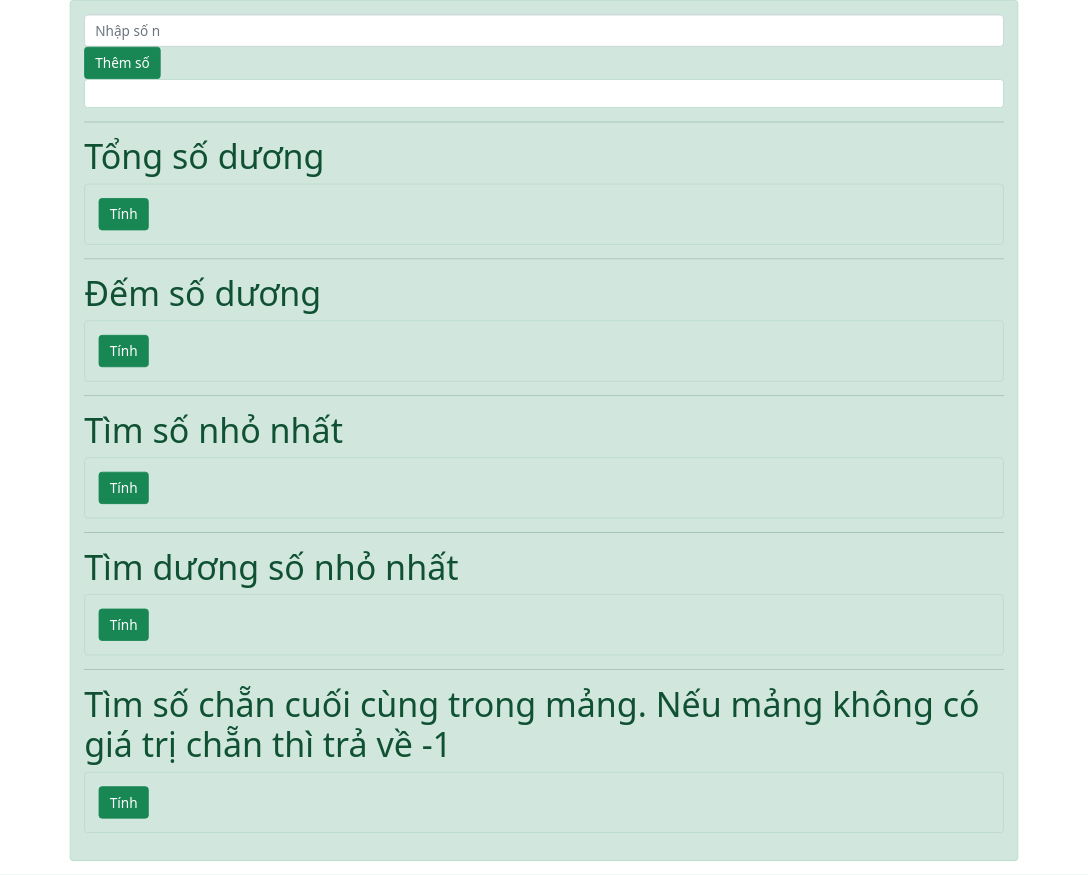
Repository: qkhanh1104k/Js-buoi7-8
Page: index.html
These files come from the project's save history. The page is drawn as it stood at one moment and after the next save; the edit follows.
The browser window is 1280 px wide. The pictures show the whole page, at 85% of full size.

Above is the page before, as saved 2022-07-26 21:37:40.

### index.html
<!DOCTYPE html>
<html lang="en">
  <head>
    <meta charset="UTF-8" />
    <meta http-equiv="X-UA-Compatible" content="IE=edge" />
    <meta name="viewport" content="width=device-width, initial-scale=1.0" />
    <title>Document</title>
    <link
      href="https://cdn.jsdelivr.net/npm/bootstrap@5.1.3/dist/css/bootstrap.min.css"
      rel="stylesheet"
      integrity="sha384-1BmE4kWBq78iYhFldvKuhfTAU6auU8tT94WrHftjDbrCEXSU1oBoqyl2QvZ6jIW3"
      crossorigin="anonymous"
    />
  </head>
  <body>
    <div class="container">
      <div>
        <div class="alert alert-success">
          <input
            type="text"
            placeholder="Nhập số n"
            id="txtNum"
            class="form-control"
          />
          <button class="btn btn-success" onclick="addNum()">Thêm số</button>
          <div class="alert alert-success" id="resultBt1" style="background-color:#fff ;"></div>
          <hr>
          <h1>Tổng số dương</h1>
          <div>
            <div class="alert alert-success" id="resBt2">
              <button class="btn btn-success" onclick="calcSumNegative()">Tính</button>
            </div>
          </div>
          <hr>
          <h1>Đếm số dương</h1>
          <div>
            <div class="alert alert-success" id="resBt3">
              <button class="btn btn-success" onclick="calcCountNegative()">Tính</button>
            </div>
          </div>
          <hr>
          <h1>Tìm số nhỏ nhất</h1>
          <div>
            <div class="alert alert-success" id="resBt4">
              <button class="btn btn-success" onclick="calcTheSmallest()">Tính</button>
            </div>
          </div>
          <hr>
          <h1>Tìm dương số nhỏ nhất</h1>
          <div>
            <div class="alert alert-success" id="resBt5">
              <button class="btn btn-success" onclick="calcTheSmallestNev()">Tính</button>
            </div>
          </div>
          <hr>
          <h1>Tìm số chẵn cuối cùng trong mảng. Nếu mảng không có giá trị chẵn thì trả về -1</h1>
          <div>
            <div class="alert alert-success" id="resBt6">
              <button class="btn btn-success" onclick="findLastEven()">Tính</button>
            </div>
          </div>
        </div>
      </div>
    </div>
    <script src="./index.js"></script>
  </body>
</html>

### index.js
var txtNum = [];
function addNum() {
  var inputNum = document.getElementById("txtNum").value * 1;
  txtNum.push(inputNum);
  document.getElementById("resultBt1").innerHTML = txtNum;
}
// ex1:tính tổng số dương
function calcSumNegative() {
  var sum = 0;
  for (var i = 0; i < txtNum.length; i++) {
    if (txtNum[i] > 0) {
      sum += txtNum[i];
    }
  }
  document.getElementById("resBt2").innerHTML = sum;
}
// ex2:đếm só dương
function calcCountNegative() {
  var sum = 0;
  for (var i = 0; i < txtNum.length; i++) {
    if (txtNum[i] > 0) {
      sum++;
    }
  }
  document.getElementById("resBt3").innerHTML = sum;
}
// ex3:tìm số nhỏ nhất
function calcTheSmallest(){
    var min = txtNum[0];
    for (var i = 1; i < txtNum.length; i++) {
        if (min > txtNum[i]) {
          min = txtNum[i];
        }
      }
      document.getElementById("resBt4").innerHTML = min;
}
// ex 4:tìm số dương nhỏ nhất
function calcTheSmallestNev(){
    var min = txtNum[0];
    for (var i = 1; i < txtNum.length; i++) {
        if (min > txtNum[i] && txtNum[i] >0) {
          min = txtNum[i];
        }
      }
      document.getElementById("resBt5").innerHTML = min;
}

// ex5:Tìm số chẵn cuối cùng trong mảng. Nếu mảng không có giá trị chẵn thì trả về -1.
function checkEven(n){
    var flag= 1;
    if(n%2==0){
        flag = 0;
    }
    return flag;
}
function findLastEven(){
    var num1;
    for ( var i = txtNum.length-1; i >= 0; i--){ //i= 5
       if(checkEven(txtNum[i])==1){
        num1 = txtNum[i]
        return num1;
       }else{
        return -1;
       }
    }
    document.getElementById("resBt6").innerHTML = num1;
}

// ex6:Đổi chỗ 2 giá trị trong mảng theo vị trí (Cho nhập vào 2 vị trí muốn đổi chỗ giá trị).
function swappedNum(){
    var k = +document.getElementById("txtNumBt6").value
    var g = +document.getElementById("txtNumBt62").value

}

After the next save:
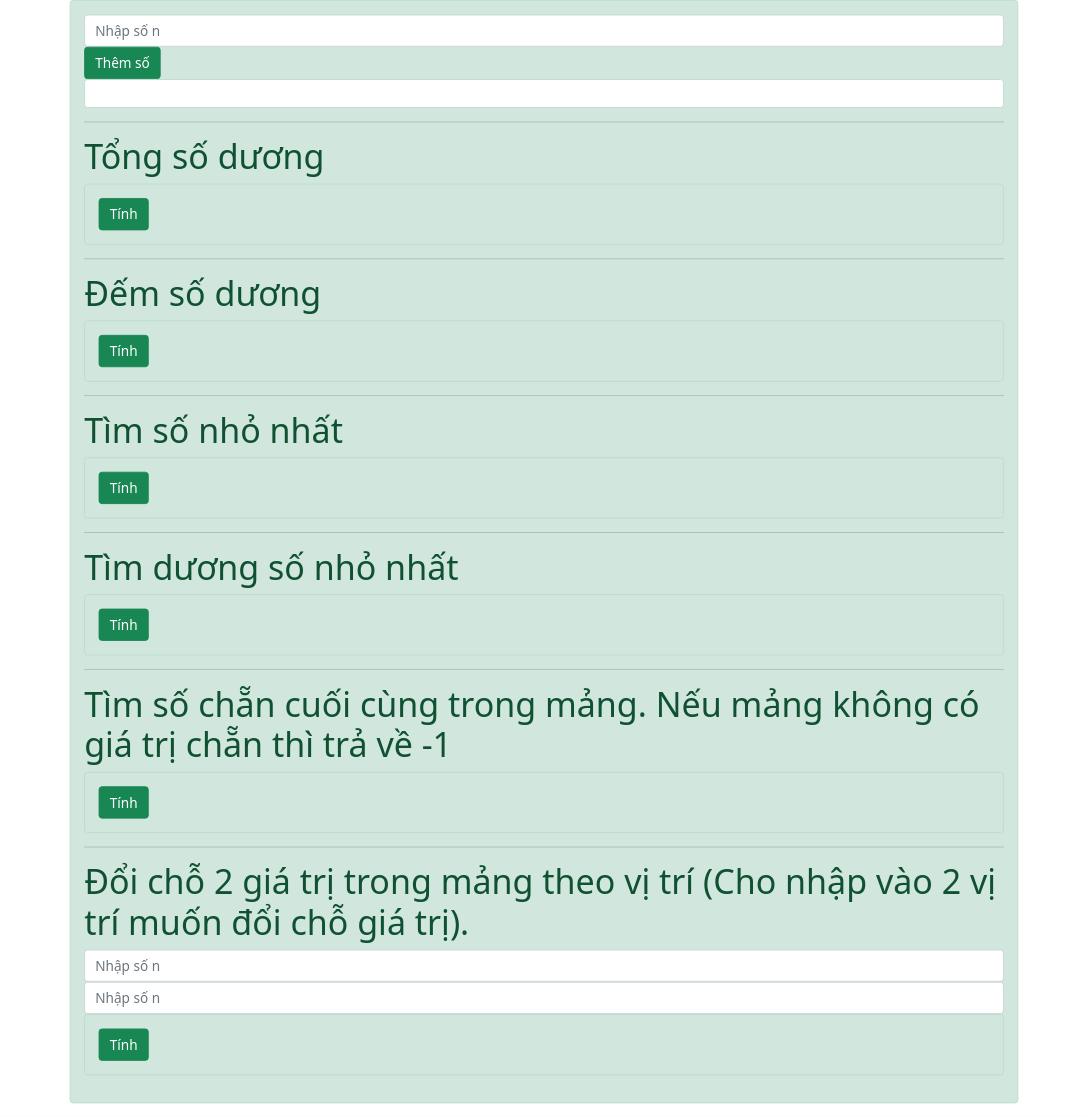
Saved 2 s later.
--- a/index.html
+++ b/index.html
@@ -59,6 +59,26 @@
               <button class="btn btn-success" onclick="findLastEven()">Tính</button>
             </div>
           </div>
+          <hr>
+          <h1>Đổi chỗ 2 giá trị trong mảng theo vị trí (Cho nhập vào 2 vị trí muốn đổi chỗ giá trị).
+          </h1>
+          <div>
+            <input
+            type="text"
+            placeholder="Nhập số n"
+            id="txtNumBt6"
+            class="form-control"
+          />
+          <input
+          type="text"
+          placeholder="Nhập số n"
+          id="txtNumBt62"
+          class="form-control"
+        />
+            <div class="alert alert-success" id="resBt7">
+              <button class="btn btn-success" onclick="swappedNum()">Tính</button>
+            </div>
+          </div>
         </div>
       </div>
     </div>
